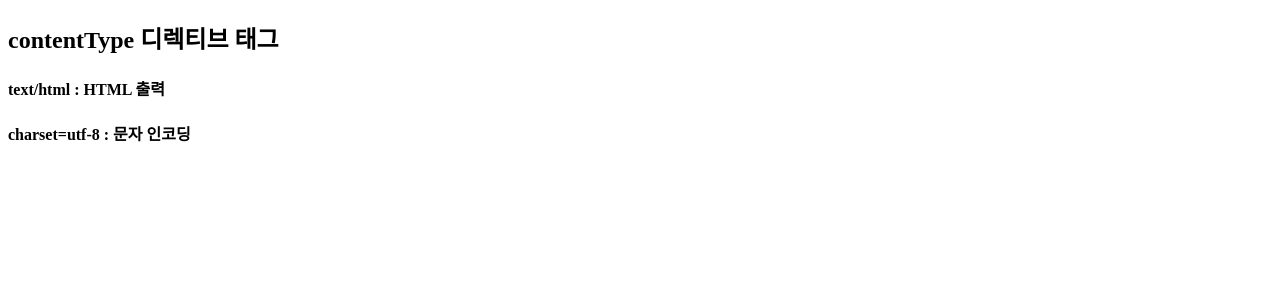
Repository: pjongbum/JSP
Page: http://localhost/jsbook/3_2
An editor plug-in stored every save of this project. The page is shown before and after the next save, followed by the edit.
The browser window is 1280 px wide. The pictures show the whole page.
The page is served by Tomcat 10.

Above is the page before, as saved 2024-10-08 05:11:43.

After the next save:
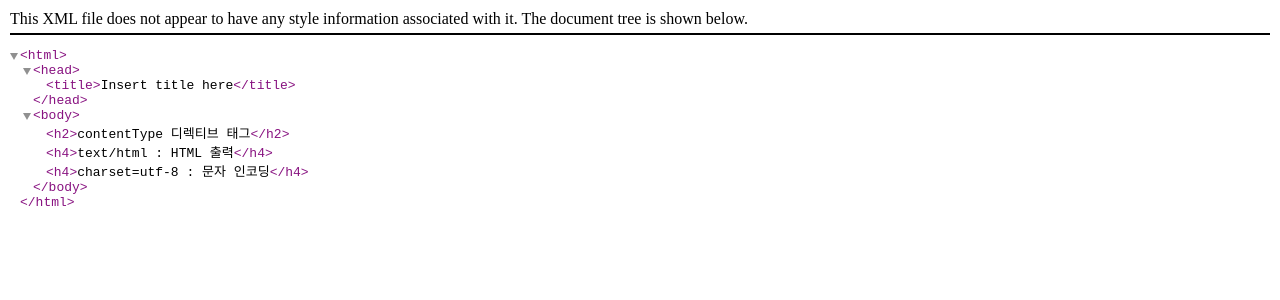
Saved 60 s later.
--- a/jsbook/src/main/webapp/chapter03/exam03_2.jsp
+++ b/jsbook/src/main/webapp/chapter03/exam03_2.jsp
@@ -1,4 +1,4 @@
-<%@ page contentType="text/html; charset=UTF-8"%>
+<%@ page contentType="text/xml; charset=UTF-8"%>
 <!DOCTYPE html>
 <html>
 <head>
